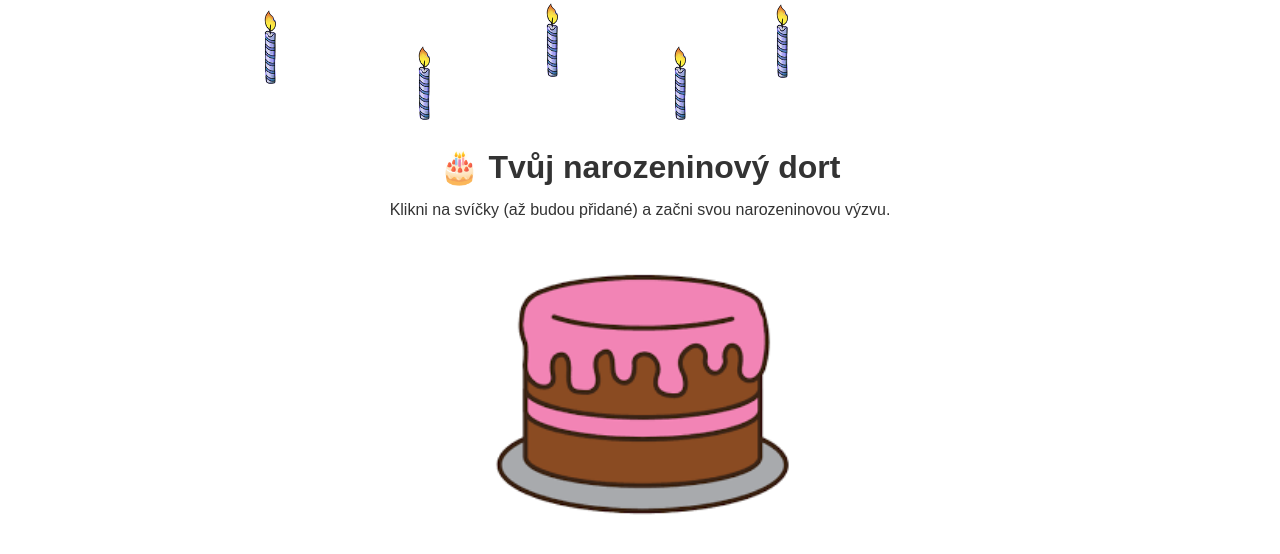
Repository: DanielMicka/darek
Page: html/cake.html
An editor plug-in stored every save of this project. The page is shown before and after the next save, followed by the edit.
The browser window is 1280 px wide. The pictures show the whole page.

Above is the page before, as saved 2026-06-13 19:29:12.

### html/cake.html
<!DOCTYPE html>
<html lang="cs">

<head>
    <meta charset="UTF-8">
    <title>Dort 🎂</title>
    <link rel="stylesheet" href="styles.css">
</head>

<body>

    <div class="container fade", class="cake wrapper">

        <h2>🎂 Tvůj narozeninový dort</h2>

        <p>Klikni na svíčky (až budou přidané) a začni svou narozeninovou výzvu.</p>


            <img src="/cake.png" class="cake">

            <!-- Svíčka 1 -->
            <img src="/svíčka_ende.png" class="candle c1" data-id="1">

            <!-- Svíčka 2 -->
            <img src="/svíčka_ende.png" class="candle c2" data-id="2">

            <!-- Svíčka 3 -->
            <img src="/svíčka_ende.png" class="candle c3" data-id="3">

            <!-- Svíčka 4 -->
            <img src="/svíčka_ende.png" class="candle c4" data-id="4">

            <!-- Svíčka 5 -->
            <img src="/svíčka_ende.png" class="candle c5" data-id="5">
        </div>


</body>

</html>

### html/styles.css
/* Reset */
* {
    margin: 0;
    padding: 0;
    box-sizing: border-box;
}

body {
    font-family: "Poppins", sans-serif;
    background: white;
    color: #333;
    display: flex;
    justify-content: center;
    align-items: center;
    min-height: 100vh; /* vždy na střed */
    text-align: center;
    padding: 20px;
}

/* Kontejner pro obsah */
.container {
    max-width: 700px;
    width: 100%;
}

/* Obrázky */
img {
    max-width: 100%;
    height: auto;
}

/* Tlačítko */
.btn {
    margin-top: 35px;
    padding: 15px 35px;
    font-size: 1.2rem;
    border: none;
    border-radius: 30px;
    background: #4aa3ff;
    color: white;
    cursor: pointer;
    transition: 0.3s;
}

.btn:hover {
    background: #1f8bff;
    transform: scale(1.05);
}

/* Nadpisy */
h1 {
    font-size: 2.6rem;
    margin-bottom: 15px;
}

h2 {
    font-size: 2rem;
    margin-bottom: 15px;
}

/* Animace */
@keyframes fadeIn {
    from { opacity: 0; transform: translateY(20px); }
    to   { opacity: 1; transform: translateY(0); }
}

.fade {
    animation: fadeIn 1.2s ease;
}
.cake-wrapper {
    position: relative;
    display: inline-block;
}

.cake {
    width: 350px;
}

/* Všechny svíčky */
.candle {
    position: absolute;
    width: 80px; /* upravíš podle obrázku */
    cursor: pointer;
}
/* Svíčka 1 */
.c1 {
    top: 1%;
    left: 18%;
}

/* Svíčka 2 */
.c2 {
    top: 0%;
    left: 40%;
}

/* Svíčka 3 */
.c3 {
    top: 0.1%;
    left: 58%;
}

/* Svíčka 4 */
.c4 {
    top: 6%;
    left: 30%;
}

/* Svíčka 5 */
.c5 {
    top: 6%;
    left: 50%;
}

After the next save:
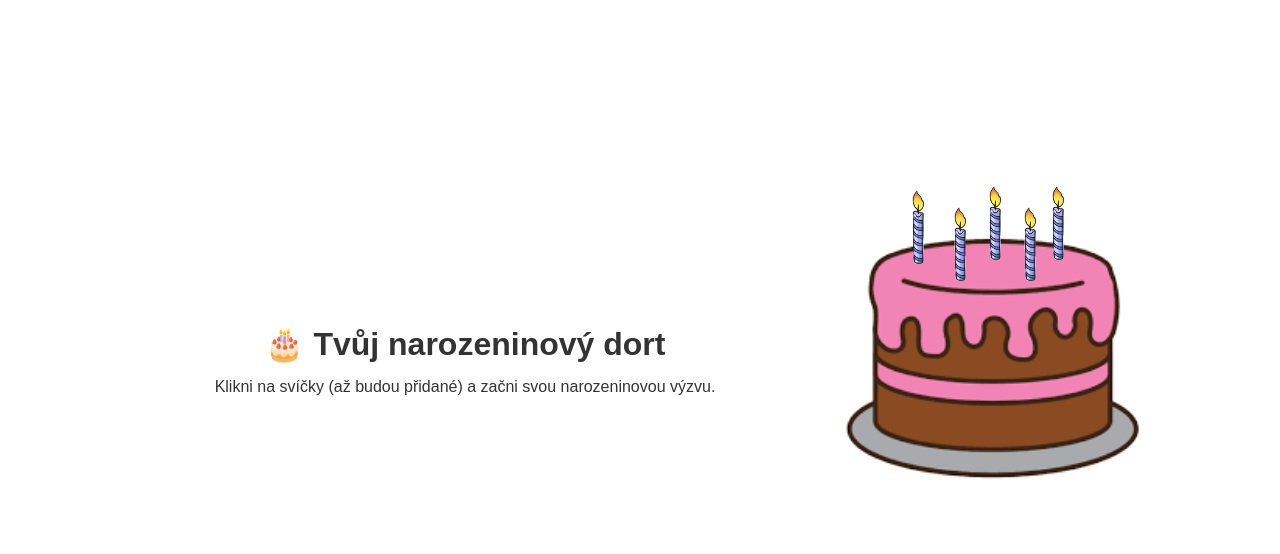
Saved 26 s later.
--- a/html/cake.html
+++ b/html/cake.html
@@ -9,13 +9,16 @@
 
 <body>
 
-    <div class="container fade", class="cake wrapper">
+    <div class="container fade">
 
         <h2>🎂 Tvůj narozeninový dort</h2>
 
         <p>Klikni na svíčky (až budou přidané) a začni svou narozeninovou výzvu.</p>
 
 
+    </div>
+
+        <div class="cake-wrapper">
             <img src="/cake.png" class="cake">
 
             <!-- Svíčka 1 -->
